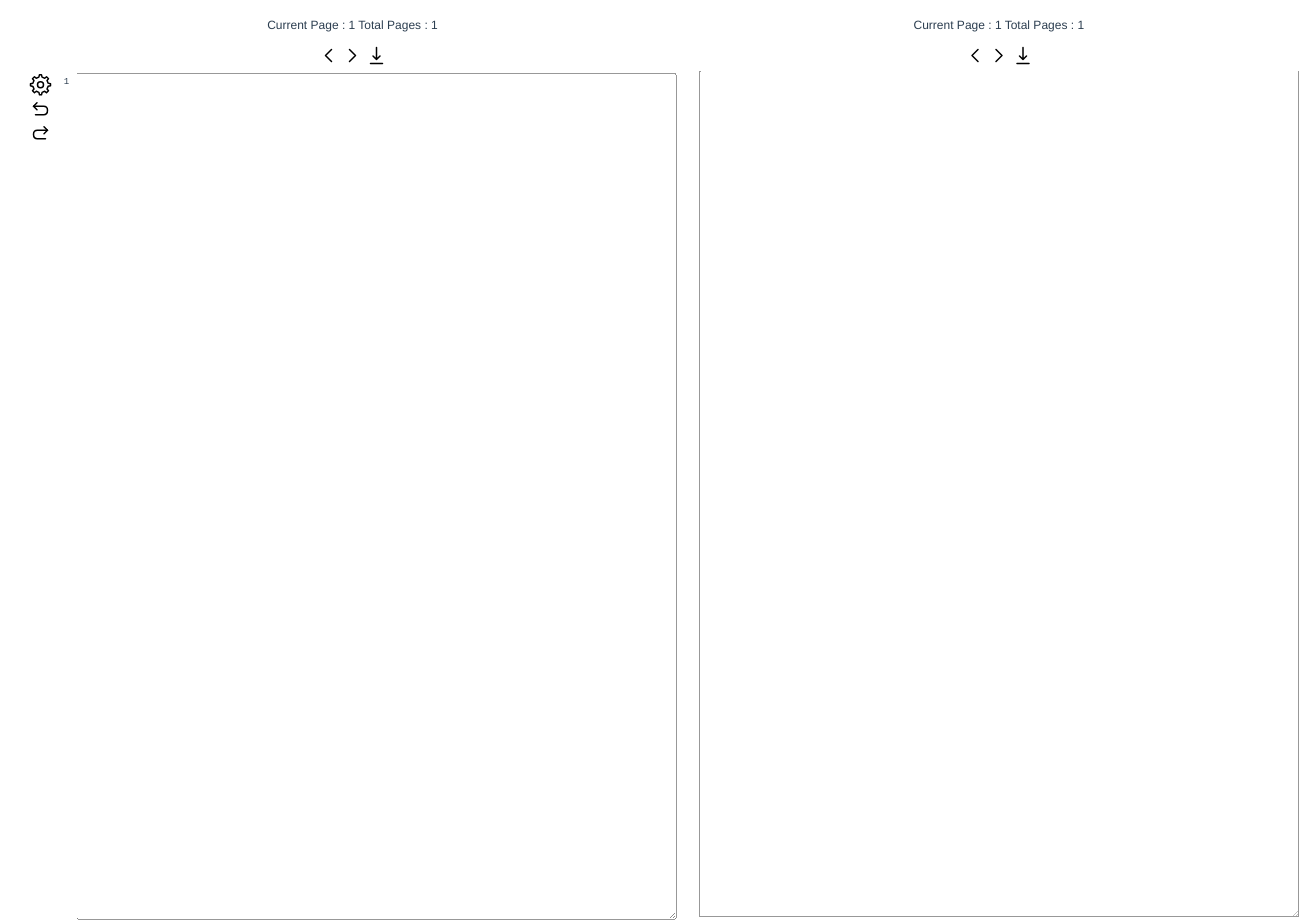
Repository: 321paranoiawhy/online-resume
Page: /
An editor plug-in stored every save of this project. The page is shown before and after the next save, followed by the edit.
The browser window is 1280 px wide. The page is 1732 px wide, so the pictures cover 1732 px, including what lies to the right of the window. The pictures show the whole page, at 75% of full size.
The project was rebuilt for these pictures with package versions that can differ from the ones it lists, and the page was loaded fresh each time. Also part of the build but not shown: vue.config.js, src/components/Header.vue, src/components/Introduction.vue, src/components/LineNumbers.vue, src/components/Footer.vue.

Above is the page before, as saved 2022-05-28 21:39:53.

After the next save:
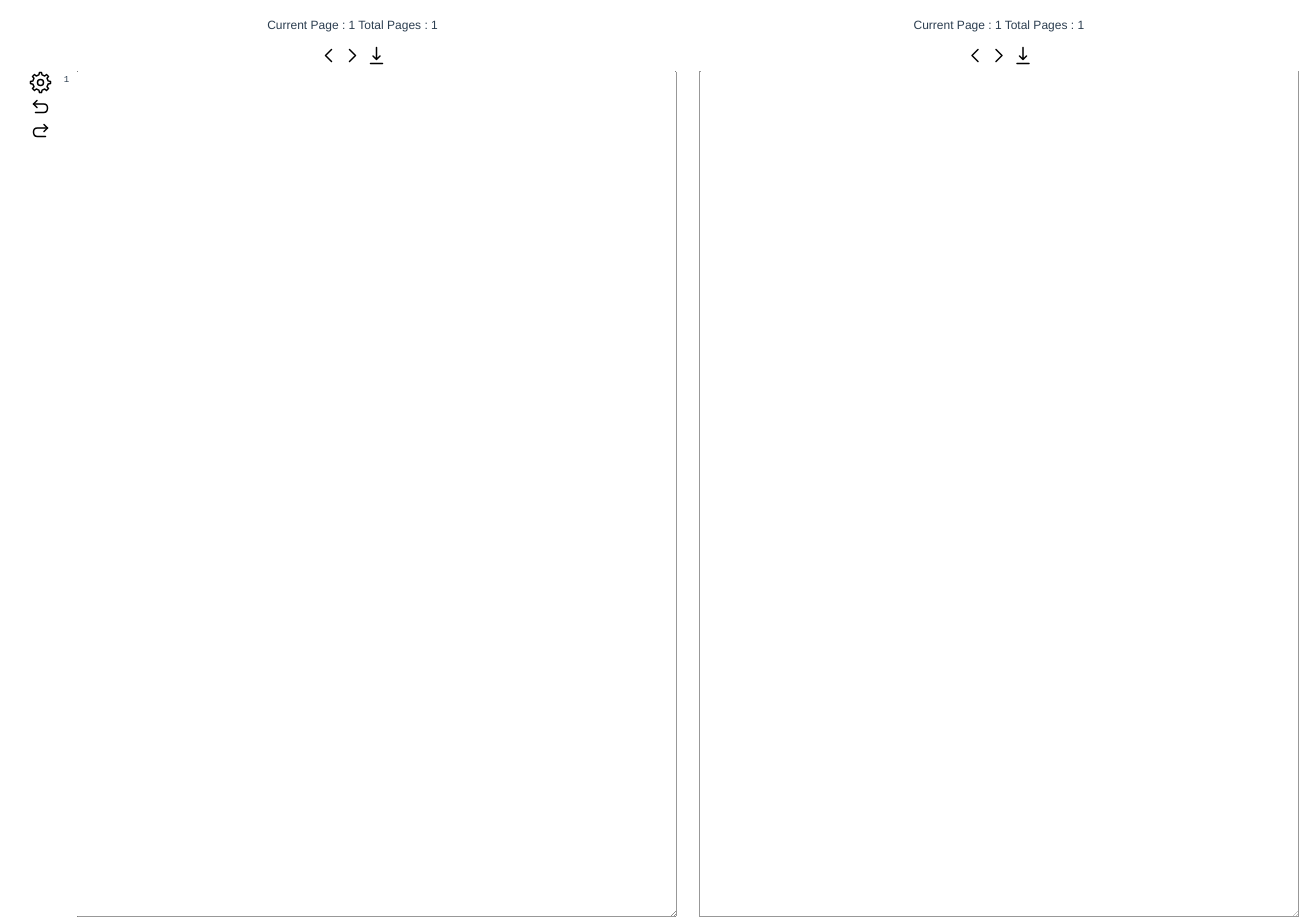
Saved 43 s later.
--- a/src/components/LeftInput.vue
+++ b/src/components/LeftInput.vue
@@ -97,7 +97,7 @@
     & div.flex {
         display: flex;
         // 3px 为 left-textarea 的 border(1) + padding(2)
-        margin: 3px 0 0;
+        // margin: 3px 0 0;
     }
     & ul li {
         list-style-type: none;

After the save that followed:
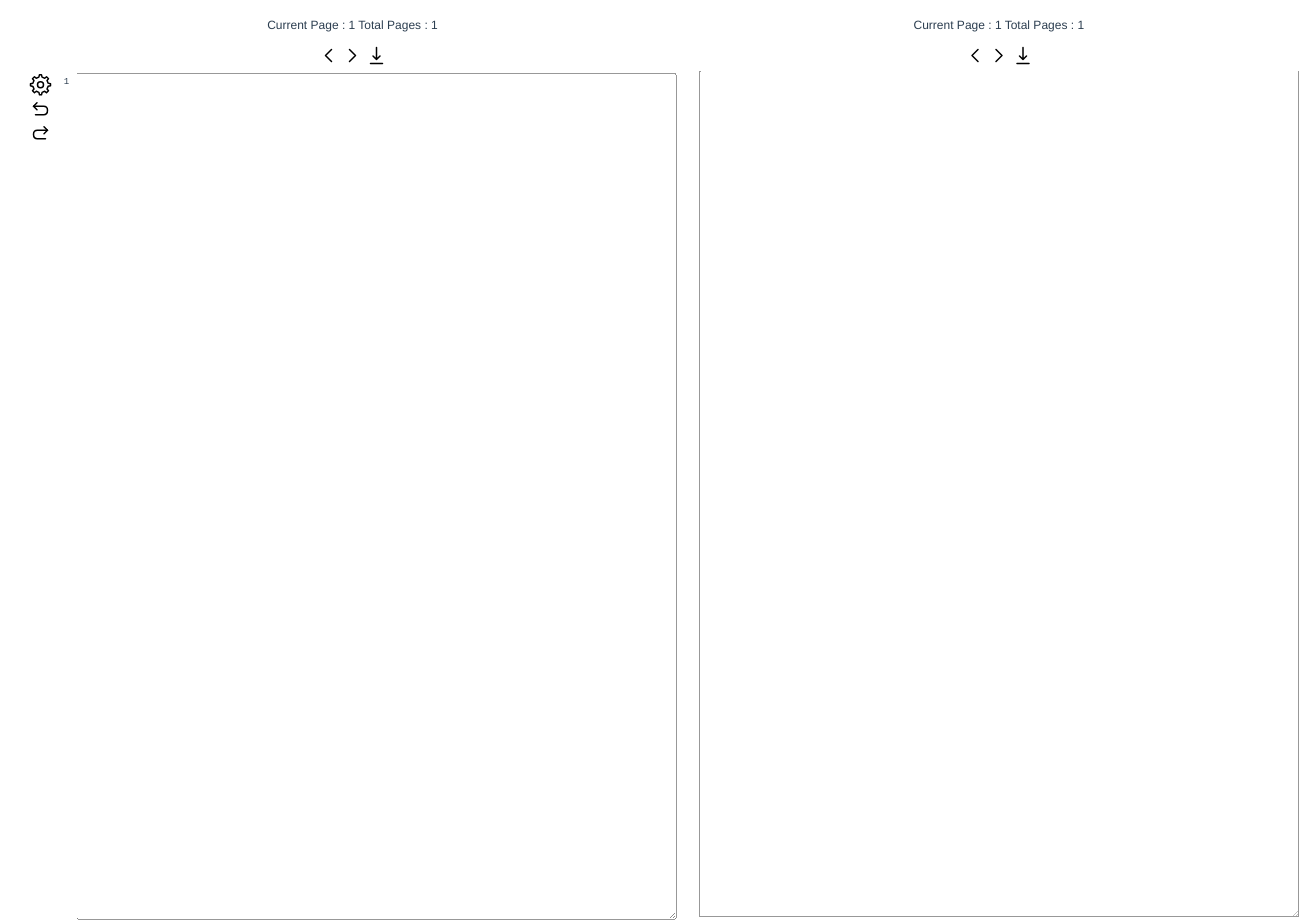
Saved 62 s later.
--- a/src/components/LeftInput.vue
+++ b/src/components/LeftInput.vue
@@ -97,7 +97,7 @@
     & div.flex {
         display: flex;
         // 3px 为 left-textarea 的 border(1) + padding(2)
-        // margin: 3px 0 0;
+        margin: 3px 0 0;
     }
     & ul li {
         list-style-type: none;
